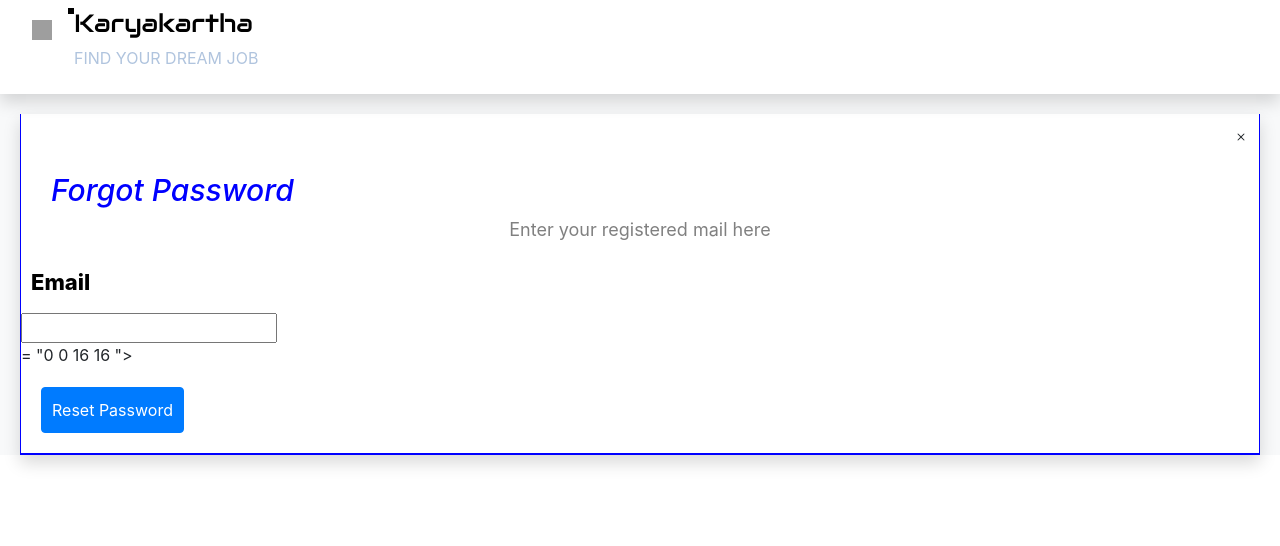
Repository: siri548/Karyakartha
Page: forgotPage.html
These files come from the project's save history. The page is drawn as it stood at one moment and after a run of saves; the edit follows.
The browser window is 1280 px wide. The pictures show the whole page.
Pictures or frames that could not be fetched are drawn as grey boxes.

Above is the page before, as saved 2023-11-04 18:06:41.
Console error (its wording comes from the project's code and is left out).

After the next 12 saves:
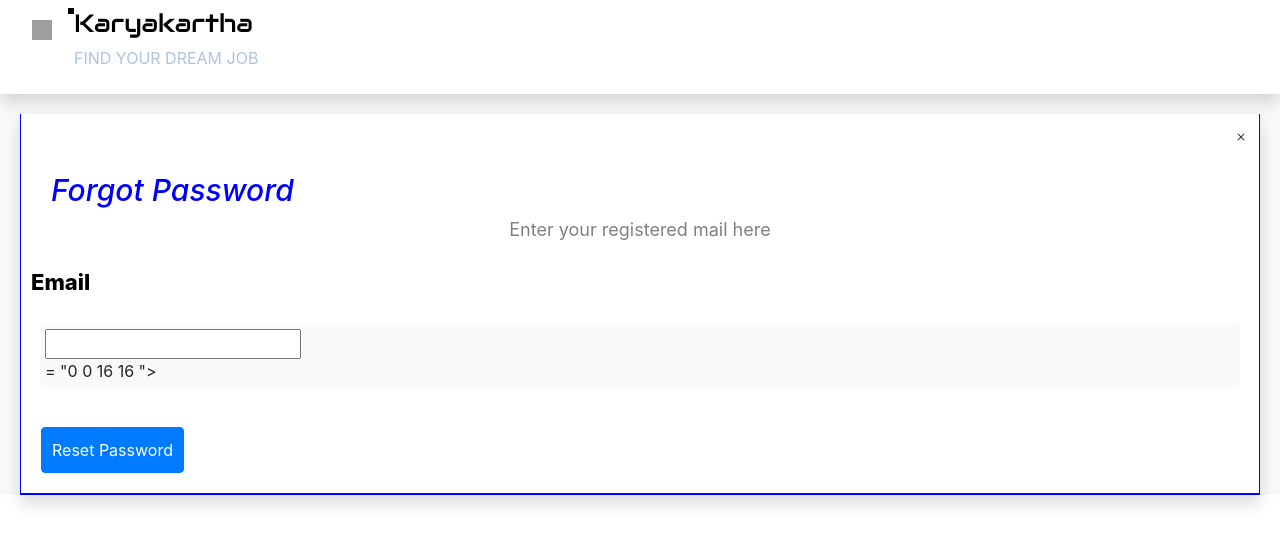
The 12 saves are shown as one change because they came seconds apart.
The last was saved 30 s later.
--- a/forgotPage.html
+++ b/forgotPage.html
@@ -65,17 +65,16 @@
             <div>
                 <h1 class="forgotPage-emailHeading ">Email</h1>
             </div>
-            <div class=o rgotPae-inputContainer ">
-  <input typ    e  = "text paceholder=" enter your mail.." lss="forgotPage-input">
-                <div cla ss=e xt-rgt ">
- = "0 0 16 16 ">
+            <div class="forgotPage-inputContainer ">
+                <input typ e="text paceholder=" enter your mail.. " lss="forgotPage-input ">
+                <div cla ss=e xt-rgt "> = "0 0 16 16 ">
 
 
-                </div>
             </div>
-            <button class="btn btn-primary forgotPage-resetButton ">Reset Password</button>
+        </div>
+        <button class="btn btn-primary forgotPage-resetButton ">Reset Password</button>
 
-        </div>
+    </div>
     </div>
 </body>
 
